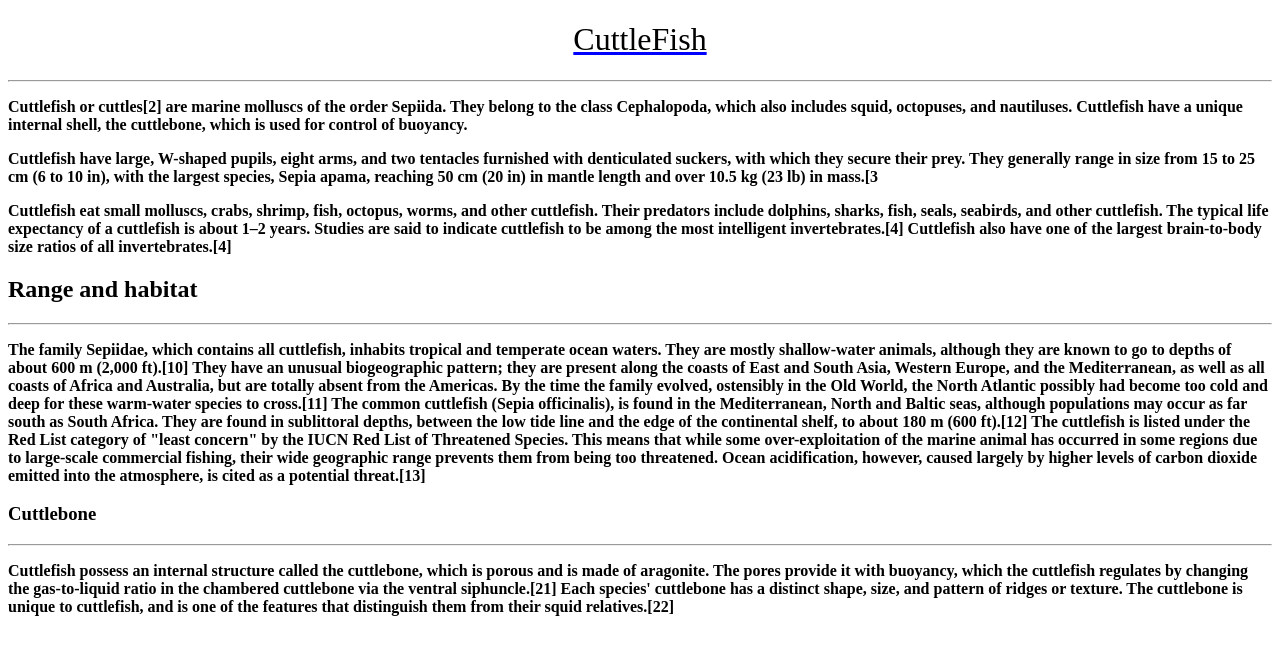
Repository: zhFIsHappy/UdemyFullStack
Page: CSS Text Properties.html
These files come from the project's save history. The page is drawn as it stood at one moment and after a run of saves; the edit follows.
The browser window is 1280 px wide. The pictures show the whole page.

Above is the page before, as saved 2021-12-31 19:12:10.

### CSS Text Properties.html
<!DOCTYPE html>
<html lang="en">
<head>
    <meta charset="UTF-8">
    <meta http-equiv="X-UA-Compatible" content="IE=edge">
    <meta name="viewport" content="width=device-width, initial-scale=1.0">
    <title>CSS Text Properties</title>
    <link rel = "stylesheet" href="apt.css">
</head>
<body>
    <h1>CuttleFish</h1>
    <hr>
    <p>
        Cuttlefish or cuttles[2] are marine molluscs of the order Sepiida. They belong to the class Cephalopoda, which also
        includes squid, octopuses, and nautiluses. Cuttlefish have a unique internal shell, the cuttlebone, which is used for
        control of buoyancy.
    </p>
    <p>
        Cuttlefish have large, W-shaped pupils, eight arms, and two tentacles furnished with denticulated suckers, with which
        they secure their prey. They generally range in size from 15 to 25 cm (6 to 10 in), with the largest species, Sepia
        apama, reaching 50 cm (20 in) in mantle length and over 10.5 kg (23 lb) in mass.[3
    </p>
    <p>
        Cuttlefish eat small molluscs, crabs, shrimp, fish, octopus, worms, and other cuttlefish. Their predators include
        dolphins, sharks, fish, seals, seabirds, and other cuttlefish. The typical life expectancy of a cuttlefish is about 1–2
        years. Studies are said to indicate cuttlefish to be among the most intelligent invertebrates.[4] Cuttlefish also have
        one of the largest brain-to-body size ratios of all invertebrates.[4]
    </p>
    <h2>Range and habitat</h2>
    <hr>
    <p>
        The family Sepiidae, which contains all cuttlefish, inhabits tropical and temperate ocean waters. They are mostly
        shallow-water animals, although they are known to go to depths of about 600 m (2,000 ft).[10] They have an unusual
        biogeographic pattern; they are present along the coasts of East and South Asia, Western Europe, and the Mediterranean,
        as well as all coasts of Africa and Australia, but are totally absent from the Americas. By the time the family evolved,
        ostensibly in the Old World, the North Atlantic possibly had become too cold and deep for these warm-water species to
        cross.[11] The common cuttlefish (Sepia officinalis), is found in the Mediterranean, North and Baltic seas, although
        populations may occur as far south as South Africa. They are found in sublittoral depths, between the low tide line and
        the edge of the continental shelf, to about 180 m (600 ft).[12] The cuttlefish is listed under the Red List category of
        "least concern" by the IUCN Red List of Threatened Species. This means that while some over-exploitation of the marine
        animal has occurred in some regions due to large-scale commercial fishing, their wide geographic range prevents them
        from being too threatened. Ocean acidification, however, caused largely by higher levels of carbon dioxide emitted into
        the atmosphere, is cited as a potential threat.[13]

    </p>
    <h3>Cuttlebone</h3>
    <hr>
    <p>
        Cuttlefish possess an internal structure called the cuttlebone, which is porous and is made of aragonite. The pores
        provide it with buoyancy, which the cuttlefish regulates by changing the gas-to-liquid ratio in the chambered cuttlebone
        via the ventral siphuncle.[21] Each species' cuttlebone has a distinct shape, size, and pattern of ridges or texture.
        The cuttlebone is unique to cuttlefish, and is one of the features that distinguish them from their squid relatives.[22]
    </p>
</body>
</html>

### apt.css
h1{
    text-align: center;
    font-weight : 400;
    text-decoration: blue underline;
}
p {
    font-weight: bold;
}

After the next 3 saves:
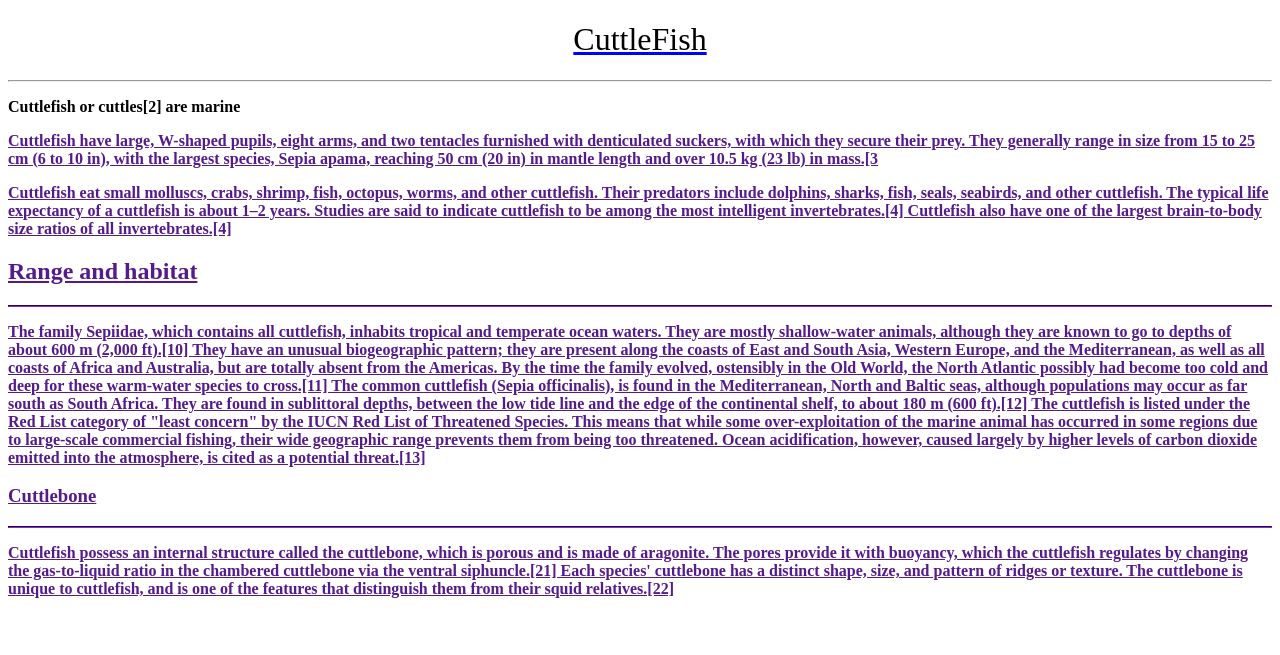
The 3 saves are shown as one change because they came seconds apart.
The last was saved 76 s later.
--- a/CSS Text Properties.html
+++ b/CSS Text Properties.html
@@ -11,7 +11,7 @@
     <h1>CuttleFish</h1>
     <hr>
     <p>
-        Cuttlefish or cuttles[2] are marine molluscs of the order Sepiida. They belong to the class Cephalopoda, which also
+        Cuttlefish or cuttles[2] are marine<a href molluscs of the order Sepiida. They belong to the class Cephalopoda, which also
         includes squid, octopuses, and nautiluses. Cuttlefish have a unique internal shell, the cuttlebone, which is used for
         control of buoyancy.
     </p>

After the 4 saves that followed:
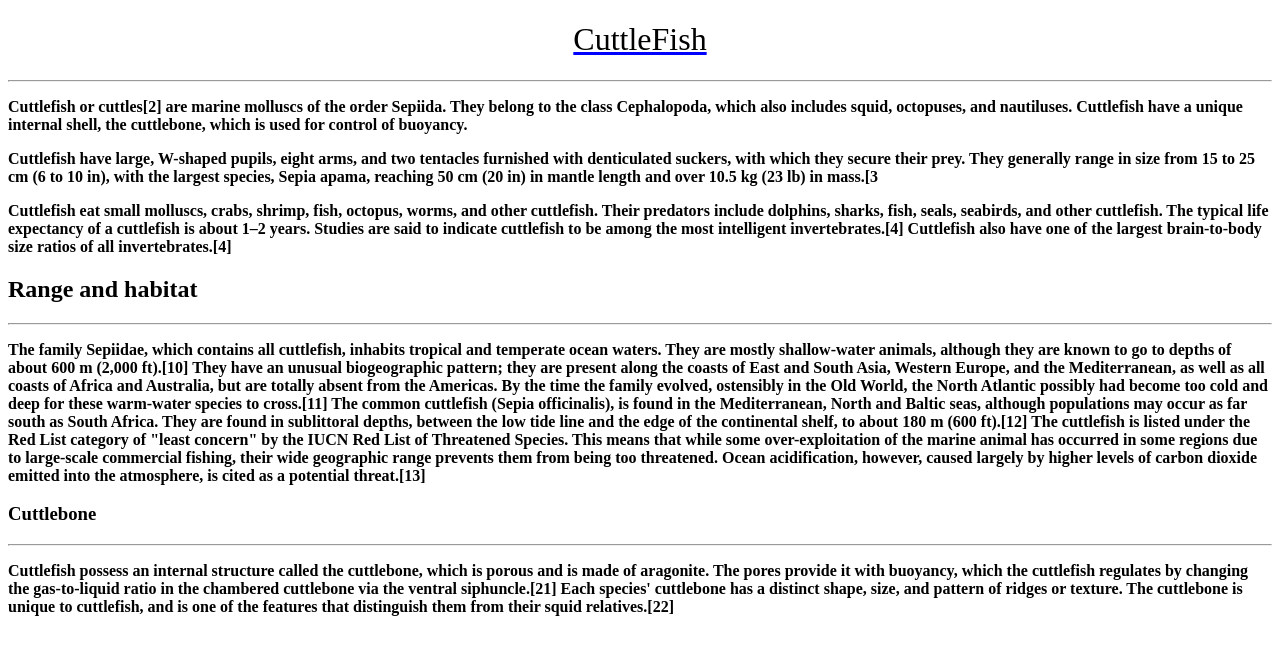
The 4 saves are shown as one change because they came seconds apart.
The last was saved 10 s later.
--- a/CSS Text Properties.html
+++ b/CSS Text Properties.html
@@ -11,7 +11,7 @@
     <h1>CuttleFish</h1>
     <hr>
     <p>
-        Cuttlefish or cuttles[2] are marine<a href molluscs of the order Sepiida. They belong to the class Cephalopoda, which also
+        Cuttlefish or cuttles[2] are marine<a href="#nowhere"></a> molluscs of the order Sepiida. They belong to the class Cephalopoda, which also
         includes squid, octopuses, and nautiluses. Cuttlefish have a unique internal shell, the cuttlebone, which is used for
         control of buoyancy.
     </p>
